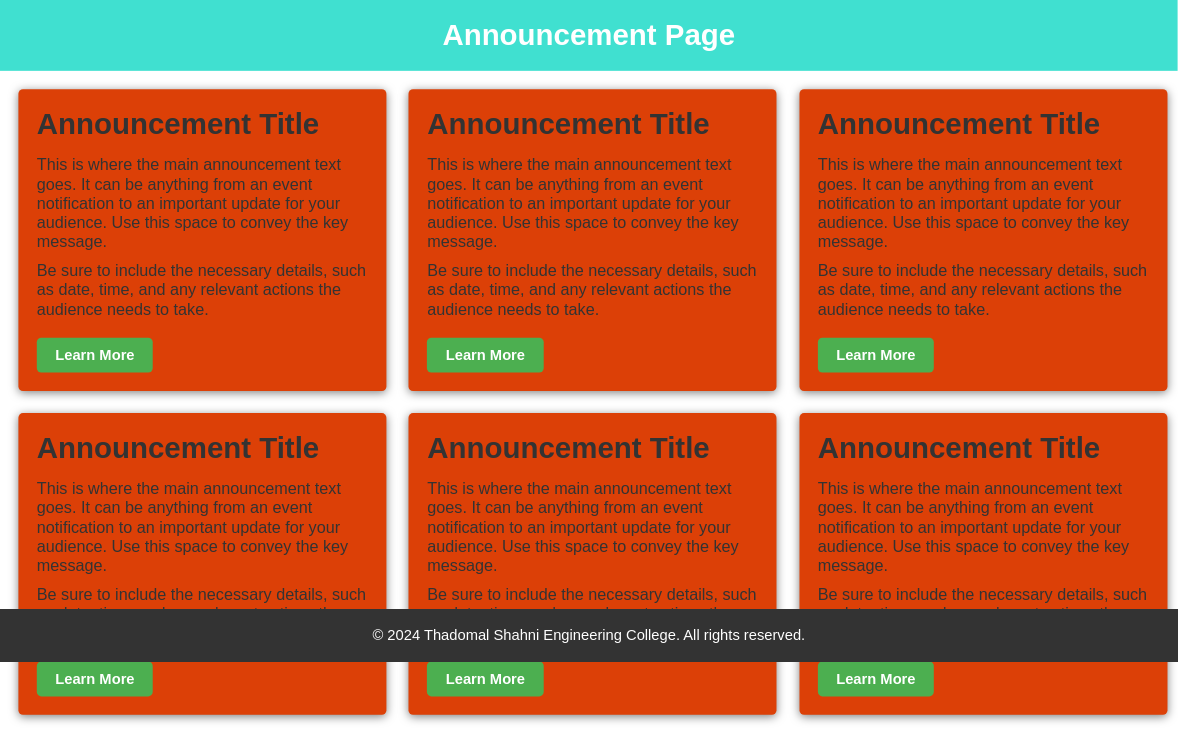
Repository: TejasS1233/MINITHON-hackathon-project
Page: annoucementpage.html
The author's editor kept a copy of each file at every save. The page is drawn from the files as they stood at one save, then again after the next save.
The browser window is 1280 px wide. The pictures show the whole page, at 92% of full size.

Above is the page before, as saved 2024-09-20 09:18:50.

### annoucementpage.html
<!DOCTYPE html>
<html lang="en">
<head>
    <meta charset="UTF-8">
    <meta name="viewport" content="width=device-width, initial-scale=1.0">
    <meta http-equiv="X-UA-Compatible" content="ie=edge">
    <title>Announcement Page</title>
    <link rel="stylesheet" href="styles.css">
</head>
<body>

    <div class = "announcement-heading">
        <h1>Announcement Page</h1>
    </div>

    <div class="announcement-grid">
    <div class="announcement">
        <h2>Announcement Title</h2>
        <p>
            This is where the main announcement text goes. It can be anything from an event notification to
            an important update for your audience. Use this space to convey the key message.
        </p>
        <p>
            Be sure to include the necessary details, such as date, time, and any relevant actions the
            audience needs to take.
        </p>
        <a href="#" class="cta-button">Learn More</a>
    </div>
    <div class="announcement">
        <h2>Announcement Title</h2>
        <p>
            This is where the main announcement text goes. It can be anything from an event notification to
            an important update for your audience. Use this space to convey the key message.
        </p>
        <p>
            Be sure to include the necessary details, such as date, time, and any relevant actions the
            audience needs to take.
        </p>
        <a href="#" class="cta-button">Learn More</a>
    </div>
    <div class="announcement">
        <h2>Announcement Title</h2>
        <p>
            This is where the main announcement text goes. It can be anything from an event notification to
            an important update for your audience. Use this space to convey the key message.
        </p>
        <p>
            Be sure to include the necessary details, such as date, time, and any relevant actions the
            audience needs to take.
        </p>
        <a href="#" class="cta-button">Learn More</a>
    </div>
    <div class="announcement">
        <h2>Announcement Title</h2>
        <p>
            This is where the main announcement text goes. It can be anything from an event notification to
            an important update for your audience. Use this space to convey the key message.
        </p>
        <p>
            Be sure to include the necessary details, such as date, time, and any relevant actions the
            audience needs to take.
        </p>
        <a href="#" class="cta-button">Learn More</a>
    </div>
    <div class="announcement">
        <h2>Announcement Title</h2>
        <p>
            This is where the main announcement text goes. It can be anything from an event notification to
            an important update for your audience. Use this space to convey the key message.
        </p>
        <p>
            Be sure to include the necessary details, such as date, time, and any relevant actions the
            audience needs to take.
        </p>
        <a href="#" class="cta-button">Learn More</a>
    </div>
    <div class="announcement">
        <h2>Announcement Title</h2>
        <p>
            This is where the main announcement text goes. It can be anything from an event notification to
            an important update for your audience. Use this space to convey the key message.
        </p>
        <p>
            Be sure to include the necessary details, such as date, time, and any relevant actions the
            audience needs to take.
        </p>
        <a href="#" class="cta-button">Learn More</a>
    </div>
</div>

    <footer>
        <p> &copy; 2024 Thadomal Shahni Engineering College. All rights reserved.</p>
    </footer>
</body>
</html>

### styles.css
* {
    margin: 0;
    padding: 0;
    box-sizing: border-box;
}

body {
    font-family: 'Arial', sans-serif;
    background-color: white;
    color: #333;
}


.announcement-heading {
    background-color: turquoise;
    color: white;
    padding: 20px 0;
    text-align: center;
    margin-bottom: 20px;
}

.class announcement-grid
{
    display: grid;
    grid-template-columns: repeat(auto-fit, minmax(450px, 1fr));
    gap: 20px;
    padding: 20px;
    margin-bottom: 20px;
}

.announcement {
    background-color: rgb(220, 64, 7);
    padding: 20px;
    border-radius: 5px;
    box-shadow: 0 2px 10px rgba(0, 0, 0, 0.5);
    margin-bottom: 20px;
    margin-left: 20px;
    max-width: 400px;
    display: inline-block;
    position: relative;
    overflow: hidden;
}

.announcement h2 {
    font-size: 2em;
    margin-bottom: 15px;
}

.announcement p {
    margin-bottom: 10px;
    font-size: 1.1em;
}

.cta-button {
    display: inline-block;
    background-color: #4CAF50;
    color: white;
    padding: 10px 20px;
    text-decoration: none;
    border-radius: 5px;
    margin-top: 10px;
    font-weight: bold;
    transition: background-color 1s;
}

.cta-button:hover {
    background-color: #45a049;
    cursor: pointer;
}


footer {
    text-align: center;
    padding: 20px 0;
    background-color: #333;
    color: white;
    position: fixed;
    width: 100%;
    bottom: 0;
}

After the next save:
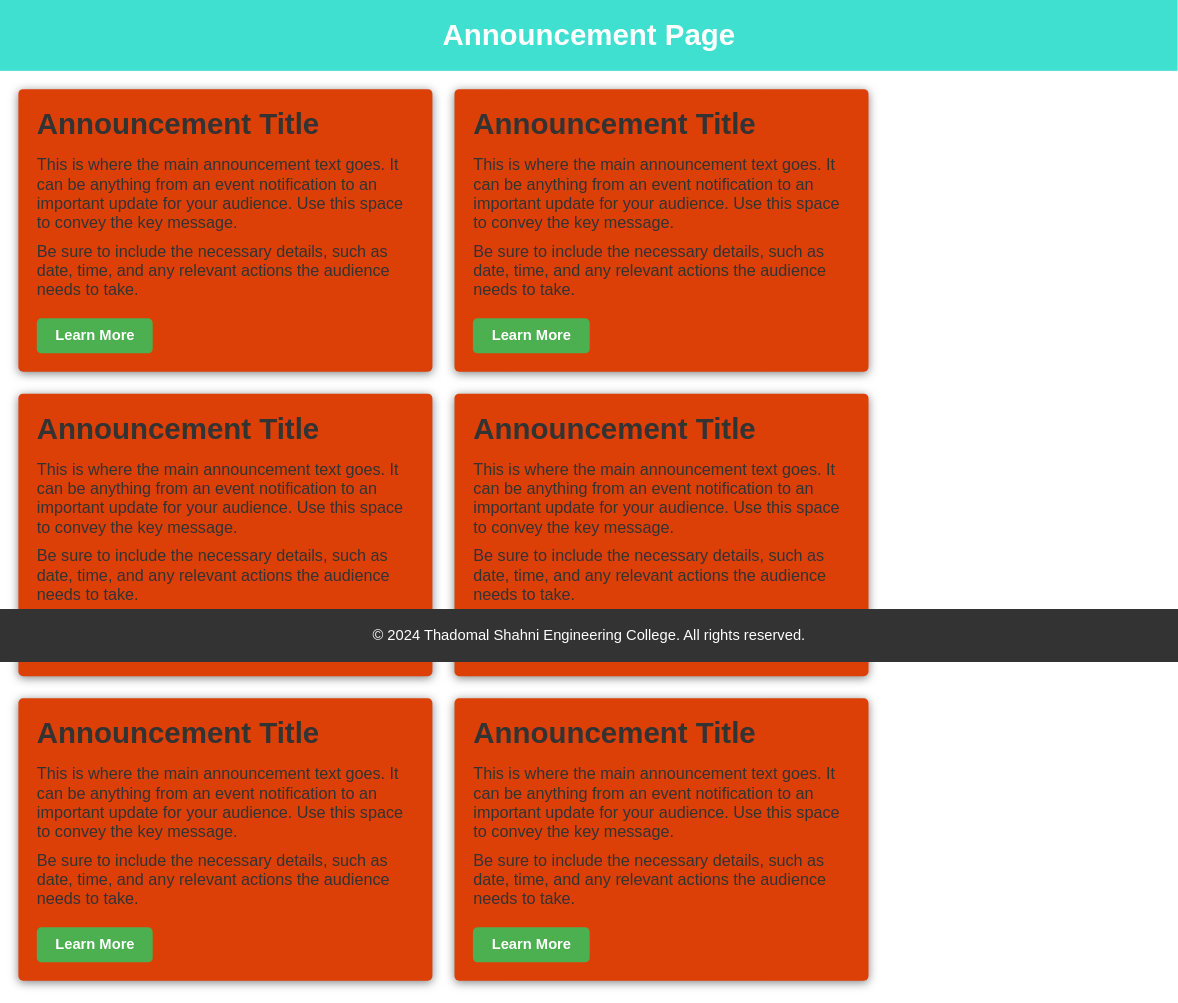
Saved 7 s later.
--- a/styles.css
+++ b/styles.css
@@ -35,7 +35,7 @@ body {
     box-shadow: 0 2px 10px rgba(0, 0, 0, 0.5);
     margin-bottom: 20px;
     margin-left: 20px;
-    max-width: 400px;
+    max-width: 450px;
     display: inline-block;
     position: relative;
     overflow: hidden;
